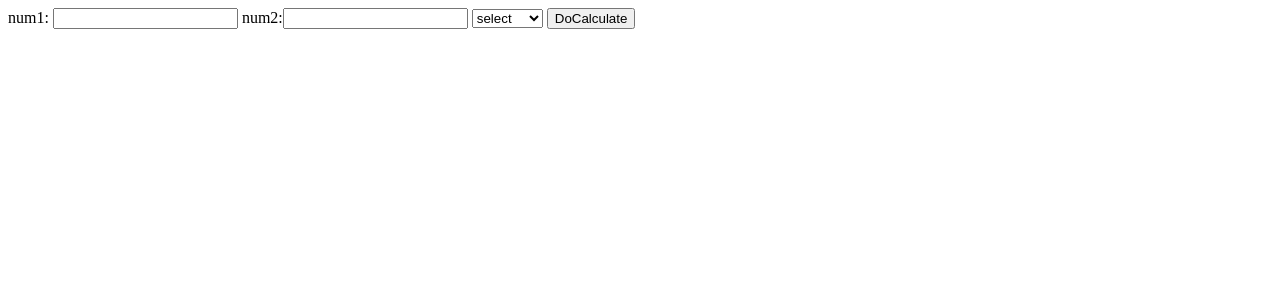
Repository: ravikumar0303/Advance-Java
Page: JSPCalculator/src/main/webapp/calculator.html
These files come from the project's save history. The page is drawn as it stood at one moment and after the next save; the edit follows.
The browser window is 1280 px wide. The pictures show the whole page.

Above is the page before, as saved 2023-06-24 11:03:34.

After the next save:
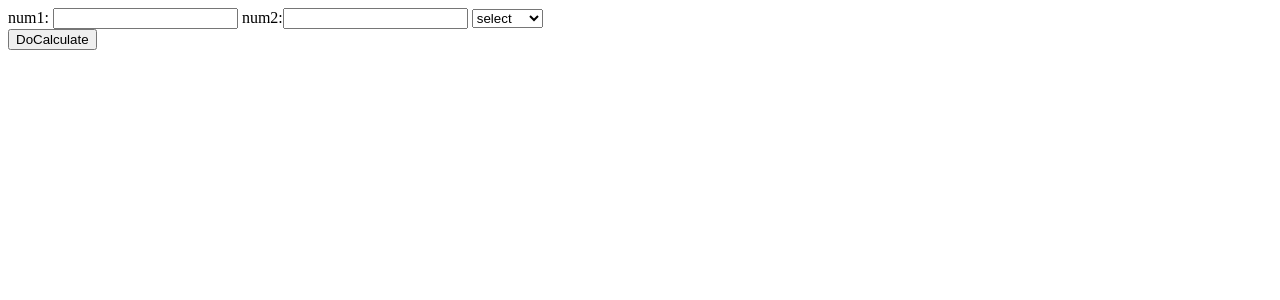
Saved 20 s later.
--- a/JSPCalculator/src/main/webapp/calculator.html
+++ b/JSPCalculator/src/main/webapp/calculator.html
@@ -17,7 +17,7 @@
           <option value="sub" id="btn">Sub</option>
           <option value="mul" id="btn">mul</option>
           <option value="div" id="btn">div</option>
-         </select>
+         </select><br>
          <button type="submit" name="btn"id="btn">DoCalculate</button>
 
 
